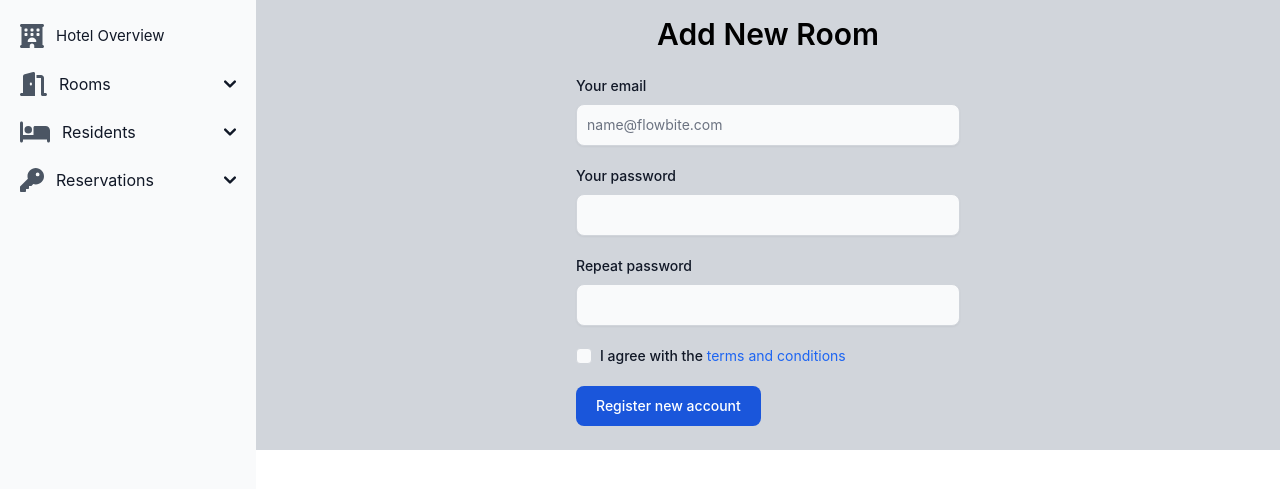
Repository: aggepap/hotelReservationsProj
Page: /rooms/add (app in admin-panel/)
The author's editor kept a copy of each file at every save. The page is drawn from the files as they stood at one save, then again after the next save.
The browser window is 1280 px wide. The pictures show the whole page.
The project was rebuilt for these pictures with package versions that can differ from the ones it lists, and the page was loaded fresh each time. Also part of the build but not shown: admin-panel/vite.config.ts, admin-panel/src/views/HomeView.vue.

Above is the page before, as saved 2025-01-19 15:52:54.

After the next save:
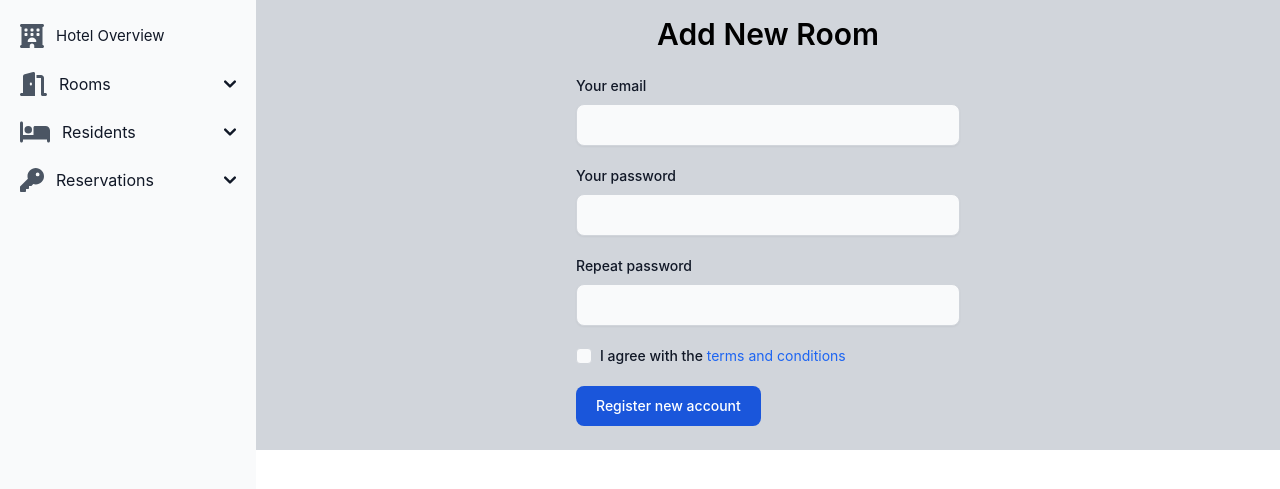
Saved 6 s later.
--- a/admin-panel/src/views/roomviews/AddRoomView.vue
+++ b/admin-panel/src/views/roomviews/AddRoomView.vue
@@ -15,7 +15,6 @@
         type="number"
         id="newRoomNumber"
         class="shadow-sm bg-gray-50 border border-gray-300 text-gray-900 text-sm rounded-lg focus:ring-blue-500 focus:border-blue-500 block w-full p-2.5 dark:bg-gray-700 dark:border-gray-600 dark:placeholder-gray-400 dark:text-white dark:focus:ring-blue-500 dark:focus:border-blue-500 dark:shadow-sm-light"
-        placeholder="name@flowbite.com"
         required
       />
     </div>
